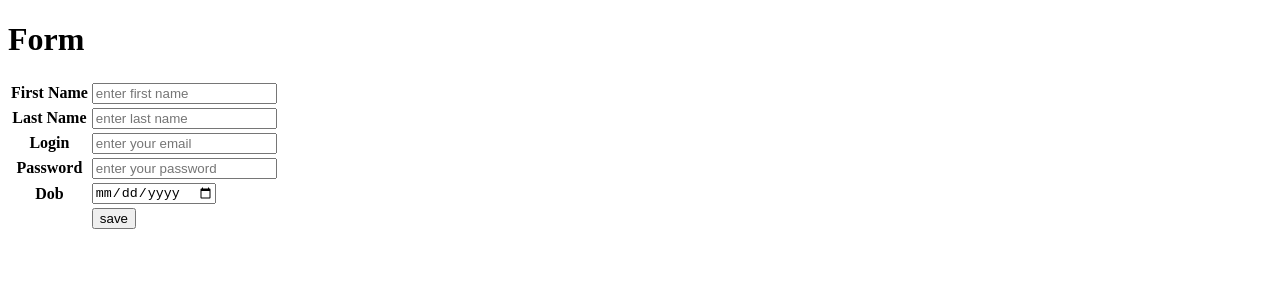
Repository: satyam1614/Advance-java
Page: http://localhost/jsp_servlet/userForm.jsp
An editor plug-in stored every save of this project. The page is shown before and after the next save, followed by the edit.
The browser window is 1280 px wide. The pictures show the whole page.
The page is served by Tomcat 9.

Above is the page before, as saved 2026-01-21 11:15:30.

### jsp-servlet/jsp_servlet/WebContent/userForm.jsp
<%@ page language="java" contentType="text/html; charset=ISO-8859-1"
	pageEncoding="ISO-8859-1"%>
<!DOCTYPE html>
<html>
<head>
<meta charset="ISO-8859-1">
<title>jsp_servlet</title>
</head>
<body>
	<div align="centre">

		<form>

			<h1>Form</h1>
			<table>

				<tr>
					<th>First Name</th>
					<td><input type="text" name="firstName" VALUE=""
						placeholder="enter first name"></td>
				</tr>
				<tr>
					<th>Last Name</th>
					<td><input type="text" name="lastName" value=""
						placeholder="enter last name"></td>
				</tr>

				<tr>
					<th>Login</th>
					<td><input type=" email" name="login" value=""
						placeholder="enter your email"></td>
				</tr>

				<tr>
					<th>Password</th>
					<td><input type="password" name="password" value=""
						placeholder="enter your password "></td>
				</tr>


				<tr>
					<th>Dob</th>
					<td><input type="date" name="dob"></td>
				</tr>

				<tr>
					<th></th>
					<td><input type="submit" name="operation" value="save"></td>
				</tr>


			</table>

		</form>
	</div>

</body>
</html>

After the next save:
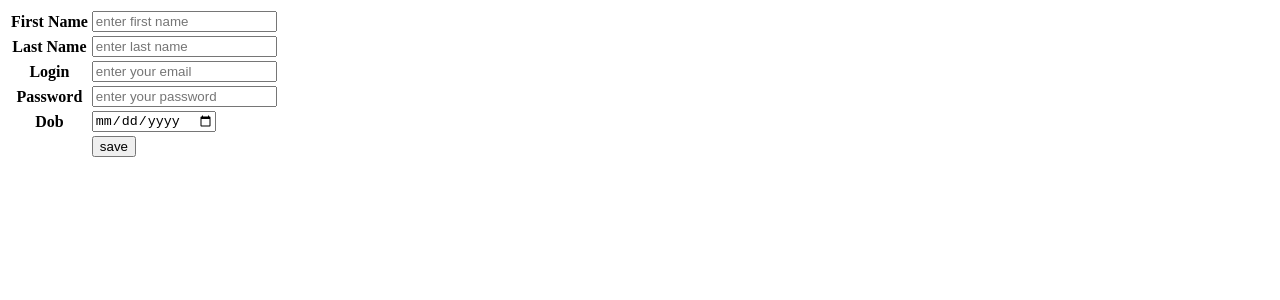
Saved 43 s later.
--- a/jsp-servlet/jsp_servlet/WebContent/userForm.jsp
+++ b/jsp-servlet/jsp_servlet/WebContent/userForm.jsp
@@ -11,7 +11,6 @@
 
 		<form>
 
-			<h1>Form</h1>
 			<table>
 
 				<tr>
